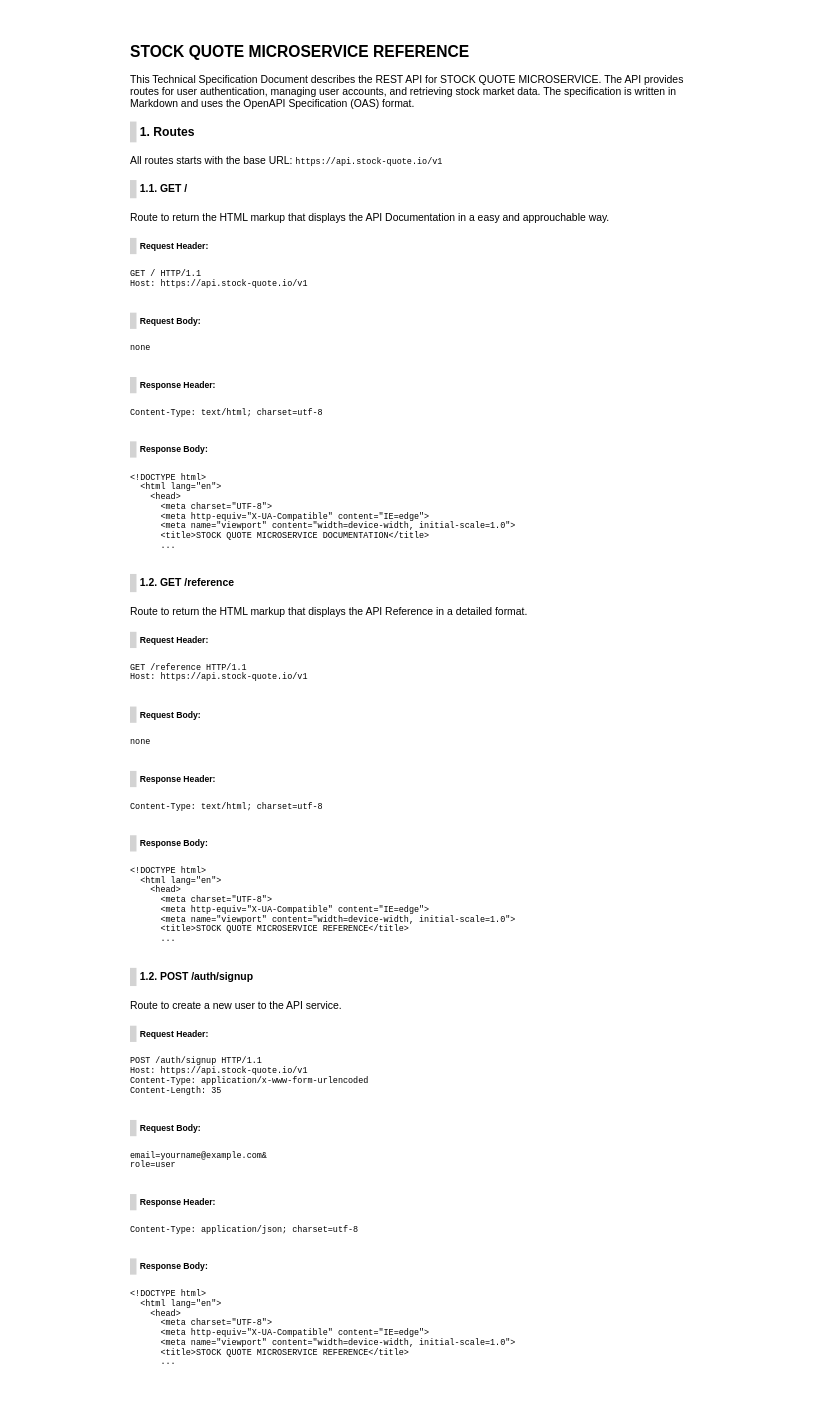
Repository: miguelamello/nest-js
Page: stock-service/reference.html
The author's editor kept a copy of each file at every save. The page is drawn from the files as they stood at one save, then again after a run of saves.
The browser window is 1280 px wide. The pictures show the whole page, at 65% of full size.

Above is the page before, as saved 2023-04-03 14:13:38.

After the next 4 saves:
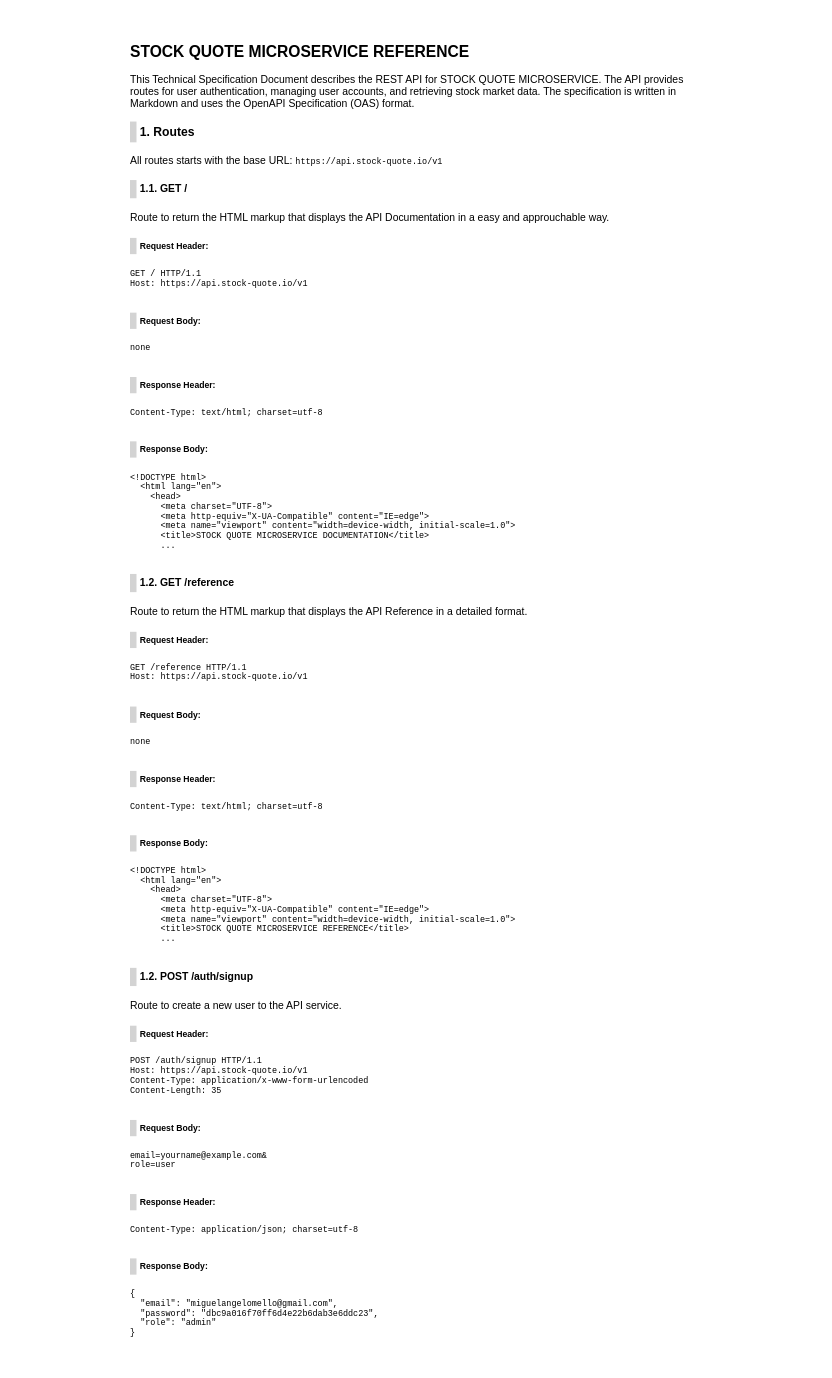
The 4 saves are shown as one change because they came seconds apart.
The last was saved 31 s later.
--- a/stock-service/reference.html
+++ b/stock-service/reference.html
@@ -140,14 +140,11 @@ Content-Type: application/json; charset=utf-8
   <h5>Response Body: </h5>
 
   <pre>
-&lt;!DOCTYPE html&gt;
-  &lt;html lang="en"&gt;
-    &lt;head&gt;
-      &lt;meta charset="UTF-8"&gt;
-      &lt;meta http-equiv="X-UA-Compatible" content="IE=edge"&gt;
-      &lt;meta name="viewport" content="width=device-width, initial-scale=1.0"&gt;
-      &lt;title&gt;STOCK QUOTE MICROSERVICE REFERENCE&lt;/title&gt;
-      ...
+{
+  "email": "miguelangelomello@gmail.com",
+  "password": "dbc9a016f70ff6d4e22b6dab3e6ddc23",
+  "role": "admin"
+}
   </pre>
 
 </body>
